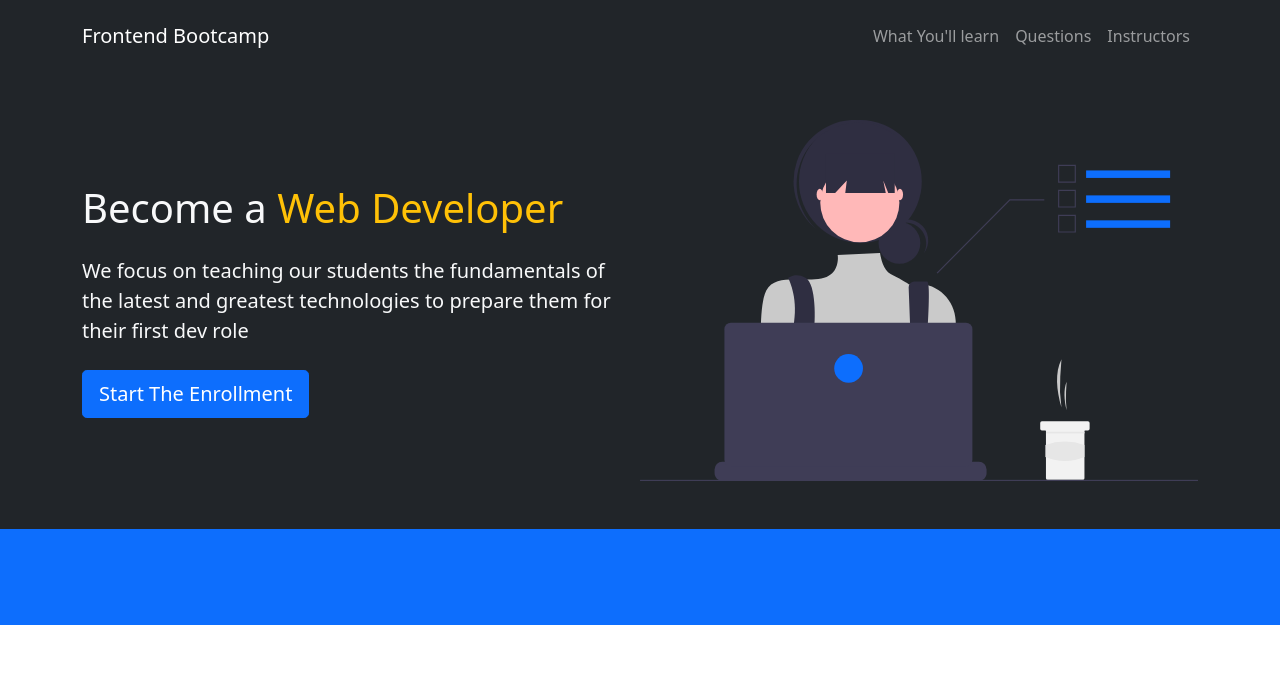
Repository: Marhamat92/Bootstrap5-Responsive-Website-
Page: index.html
An editor plug-in stored every save of this project. The page is shown before and after the next save, followed by the edit.
The browser window is 1280 px wide. The pictures show the whole page.

Above is the page before, as saved 2021-09-18 16:32:13.

After the next save:
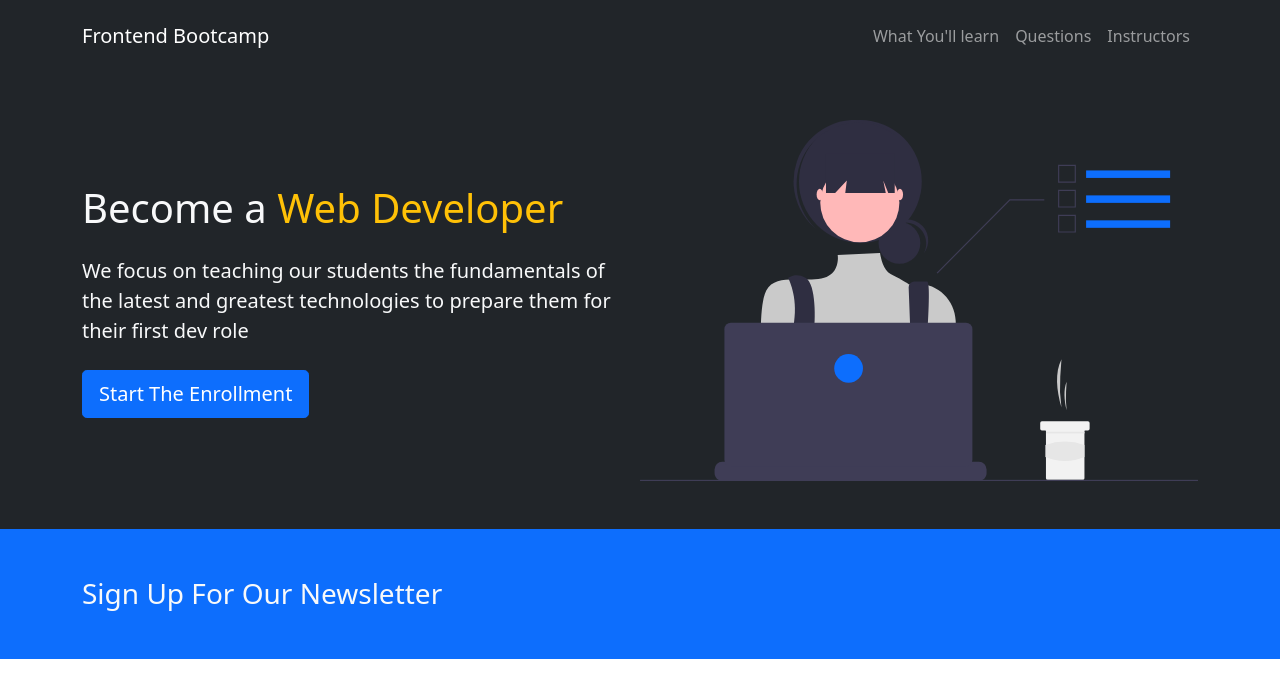
Saved 17 s later.
--- a/index.html
+++ b/index.html
@@ -58,7 +58,7 @@
 <section class=" bg-primary text-light p-5">
     <div class="container">
       <div class="d-md-flex justify-content-between align-items-center">
-        <h3 class="mb-3 mb-md-0"></h3>
+        <h3 class="mb-3 mb-md-0">Sign Up For Our Newsletter</h3>
 
 
       </div>
